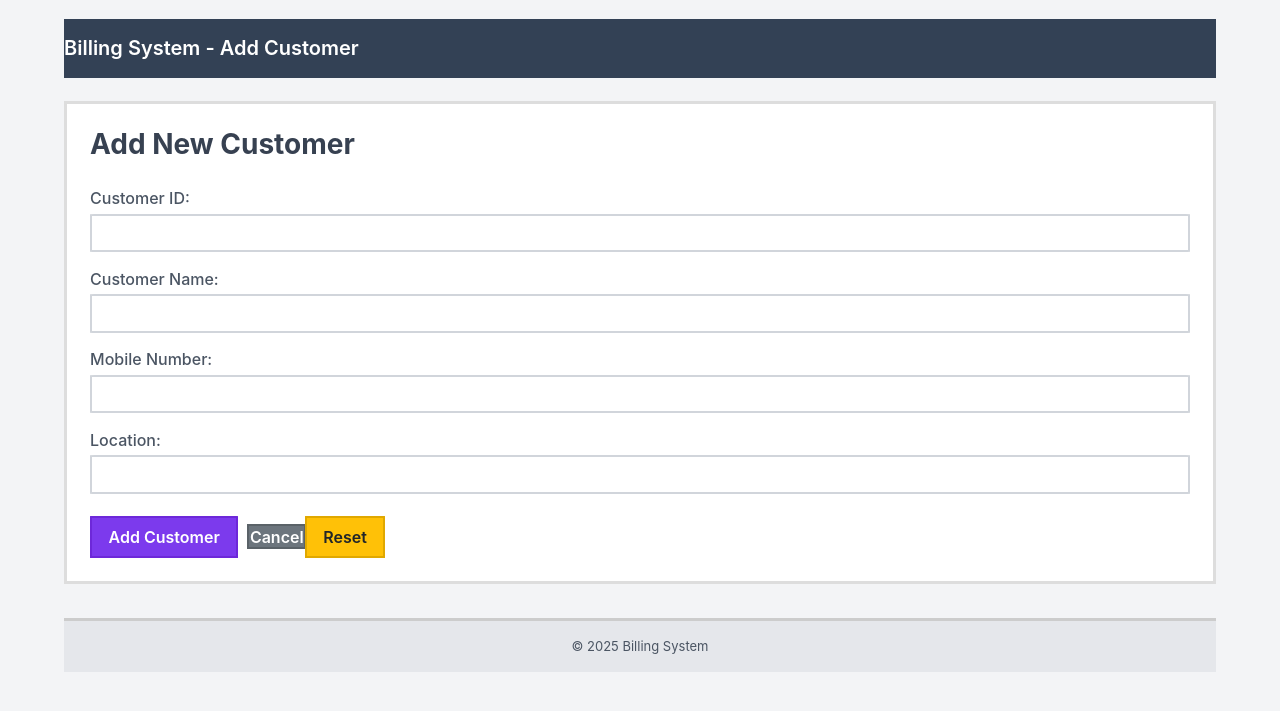
Repository: apprameyu0903/Saasant-Apprameyu
Page: http://localhost/BillingSystemWebProject/add_customer.jsp
The author's editor kept a copy of each file at every save. The page is drawn from the files as they stood at one save, then again after the next save.
The browser window is 1280 px wide. The pictures show the whole page.
The page is served by Tomcat 9. Other server files are loaded and not shown.

Above is the page before, as saved 2025-05-12 14:29:23.

### eclipse-workspace/BillingSystemWebProject/src/main/webapp/add_customer.jsp
<%@ page language="java" contentType="text/html; charset=UTF-8" pageEncoding="UTF-8"%>

<%!
    private String escapeHtml(String input) {
        if (input == null) {
            return "";
        }
        return input.replace("&", "&amp;")
                    .replace("<", "&lt;")
                    .replace(">", "&gt;")
                    .replace("\"", "&quot;")
                    .replace("'", "&#x27;");
    }
%>

<!DOCTYPE html>
<html>
<head>
    <meta charset="UTF-8">
    <title>Add New Customer</title>
    <link rel="stylesheet" href="style.css">
</head>
<body>
    <div class="container">
         <div class="page-header">
             <h1 class="header-title">Billing System - Add Customer</h1>
         </div>
         <div class="content-wrapper">
            <div class="title-section">
                 <h2 class="page-title">Add New Customer</h2>
            </div>

             <%
                 String errorMessage = (String) request.getAttribute("errorMessage");
                 if (errorMessage == null) { errorMessage = request.getParameter("error"); }

                 if (errorMessage != null && !errorMessage.isEmpty()) {
             %>
                    <p style="color: red; margin-bottom: 15px;">Error: <%= escapeHtml(errorMessage) %></p>
             <%
                 }
             %>

            <form action="CustomerServlet" method="post" class="customer-form">
                <input type="hidden" name="action" value="add"/>

                <div class="form-group">
                    <label for="customerId" class="form-label">Customer ID:</label>
                    <input type="text" id="customerId" name="customerId" class="form-input" required>
                </div>
                <div class="form-group">
                    <label for="customerName" class="form-label">Customer Name:</label>
                    <input type="text" id="customerName" name="customerName" class="form-input" required>
                </div>
                <div class="form-group">
                    <label for="mobileNumber" class="form-label">Mobile Number:</label>
                    <input type="tel" id="mobileNumber" name="mobileNumber" class="form-input" required pattern="[0-9]{10}" title="Enter a 10-digit mobile number">
                </div>
                 <div class="form-group">
                    <label for="customerLocation" class="form-label">Location:</label>
                    <input type="text" id="customerLocation" name="customerLocation" class="form-input">
                </div>

                <div class="form-actions">
                    <button type="submit" class="submit-btn">Add Customer</button>
                    <a href="CustomerServlet" class="cancel-btn-link"><button type="button" class="cancel-btn">Cancel</button></a>
                    <button type="reset" class="reset-btn">Reset</button>
                </div>
            </form>
        </div>
        <footer class="page-footer">
             &copy; 2025 Billing System
        </footer>
    </div>
</body>
</html>

### eclipse-workspace/BillingSystemWebProject/src/main/webapp/style.css
body, h1, h2, p, table, th, td, input, button, label, a, textarea, form {
    margin: 0;
    padding: 0;
    font-family: 'Inter', sans-serif;
    box-sizing: border-box;
}

body {
    background-color: #f3f4f6;
    color: #333;
    padding-bottom: 2%;
    font-size: 100%;
}

.container {
    width: 90%;
    margin-left: auto;
    margin-right: auto;
    padding: 1.5%;
}

.page-header {
    background-color: #334155;
    color: white;
    padding: 1.5% 0;
    margin-bottom: 2%;
}

.header-title {
    font-size: 125%;
    font-weight: 600;
    display: inline-block;
}

.header-icon {
    font-size: 125%;
    float: right;
    margin-top: 0.2%;
}

.content-wrapper {
    background-color: white;
    padding: 2%;
    border-width: 0.1%;
    border-style: solid;
    border-color: #ddd;
}

.title-section {
    margin-bottom: 2.5%;
    display: flex;
    justify-content: space-between;
    align-items: center;
}

.page-title {
    font-size: 175%;
    font-weight: 700;
    color: #374151;
}

.add-customer-btn,
.submit-btn,
.cancel-btn,
.reset-btn {
    font-weight: 600;
    padding: 0.8% 1.5%;
    border-width: 0.1%;
    border-style: solid;
    border-color: #6d28d9;
    cursor: pointer;
    text-decoration: none;
    border-radius: 0.4%;
    margin-right: 0.8%;
    font-size: 100%;
}
.form-actions button:last-child,
.form-actions a:last-child button {
    margin-right: 0;
}
.form-actions a:last-of-type { /* Ensure the link wrapper itself doesn't have extra margin if it's last */
    margin-right: 0;
}


.add-customer-btn,
.submit-btn {
    background-color: #7c3aed;
    color: white;
}
.add-customer-btn:hover,
.submit-btn:hover {
    background-color: #6d28d9;
}

.cancel-btn {
    background-color: #6c757d;
    border-color: #5a6268;
    color: white;
}
.cancel-btn:hover {
    background-color: #5a6268;
}

.reset-btn {
    background-color: #ffc107;
    border-color: #e0a800;
    color: #212529;
}
.reset-btn:hover {
    background-color: #e0a800;
}

.add-customer-btn-link,
.cancel-btn-link {
    text-decoration: none;
    display: inline-block;
    margin-right: 0.8%;
}


.search-section {
    margin-bottom: 2%;
}

.search-label {
    color: #4b5563;
    font-weight: 500;
    margin-right: 1%;
    display: inline-block;
    margin-bottom: 0;
    font-size: 100%;
}

.search-input {
    display: inline-block;
    width: 30%;
    padding: 0.8%;
    border-width: 0.1%;
    border-style: solid;
    border-color: #d1d5db;
    vertical-align: middle;
    font-size: 90%;
}
.search-input:focus {
    outline-width: 0.05%;
    outline-style: solid;
    outline-color: #7c3aed;
    border-color: #7c3aed;
}

.table-container {
    border-width: 0.1%;
    border-style: solid;
    border-color: #e5e7eb;
    margin-top: 2%;
    overflow-x: auto;
}

.customer-table {
    width: 100%;
    background-color: white;
    border-collapse: collapse;
}

.customer-table th, .customer-table td {
    text-align: left;
    padding: 1% 1.2%;
    border-width: 0.05%;
    border-style: solid;
    border-color: #eee;
}

.customer-table thead {
    background-color: #334155;
    color: white;
}

.customer-table th {
    text-transform: uppercase;
    font-weight: 600;
    font-size: 81.25%;
}

.customer-table tbody tr td {
    color: #374151;
    font-size: 90%;
}

.action-link {
    font-weight: 500;
    text-decoration: none;
    margin-right: 0.8%;
    font-size: 90%;
}
.edit-link { color: #3b82f6; }
.edit-link:hover { text-decoration: underline; }
.delete-link { color: #ef4444; }
.delete-link:hover { text-decoration: underline; }

.page-footer {
    background-color: #e5e7eb;
    text-align: center;
    font-size: 81.25%;
    color: #4b5563;
    padding: 1.5%;
    margin-top: 3%;
    border-top-width: 0.1%;
    border-top-style: solid;
    border-top-color: #ccc;
}

.customer-form {
    margin-top: 2%;
}

.form-group {
    margin-bottom: 1.5%;
}

.form-label {
    display: block;
    margin-bottom: 0.5%;
    font-weight: 500;
    color: #4b5563;
    font-size: 100%;
}

.form-input,
.form-textarea {
    width: 100%;
    padding: 0.8%;
    border-width: 0.1%;
    border-style: solid;
    border-color: #d1d5db;
    font-size: 90%;
    border-radius: 0.4%;
}
.form-input:focus,
.form-textarea:focus {
    outline-width: 0.05%;
    outline-style: solid;
    outline-color: #7c3aed;
    border-color: #7c3aed;
}

.form-textarea {
    min-height: 8%;
    resize: vertical;
}

.form-actions {
    margin-top: 2%;
    display: flex;
    gap: 0%; /* Let margin on buttons/links handle spacing if not all are direct children */
    align-items: center; /* Align items vertically */
}


.modal-overlay {
    display: none;
    position: fixed;
    top: 0;
    left: 0;
    width: 100%;
    height: 100%;
    background-color: rgba(0, 0, 0, 0.6);
    justify-content: center;
    align-items: center;
    z-index: 1000;
}

.modal-content {
    background-color: white;
    padding: 3% 3%;
    border-radius: 1%;
    box-shadow: 0 0.5% 1.5% rgba(0, 0, 0, 0.3);
    text-align: center;
    width: 90%;
    max-width: 45%;
    z-index: 1001;
}

.modal-title {
    font-size: 125%;
    color: #333;
    margin-bottom: 1%;
}

.modal-customer-info {
    font-size: 110%;
    color: #555;
    margin-bottom: 2.5%;
}

.modal-actions {
    display: flex;
    justify-content: center;
    gap: 1.5%;
}

.modal-button {
    padding: 1% 2.5%;
    border-width: 0.1%;
    border-style: solid;
    border-radius: 0.5%;
    font-size: 100%;
    font-weight: 500;
    cursor: pointer;
    transition: background-color 0.2s ease;
}

.modal-button.cancel {
    background-color: #7c3aed;
    color: white;
    border-color: #6d28d9;
}
.modal-button.cancel:hover {
    background-color: #6d28d9;
}

.modal-button.delete {
    background-color: #7c3aed;
    color: white;
    border-color: #6d28d9;
}
.modal-button.delete:hover {
    background-color: #6d28d9;
}

After the next save:
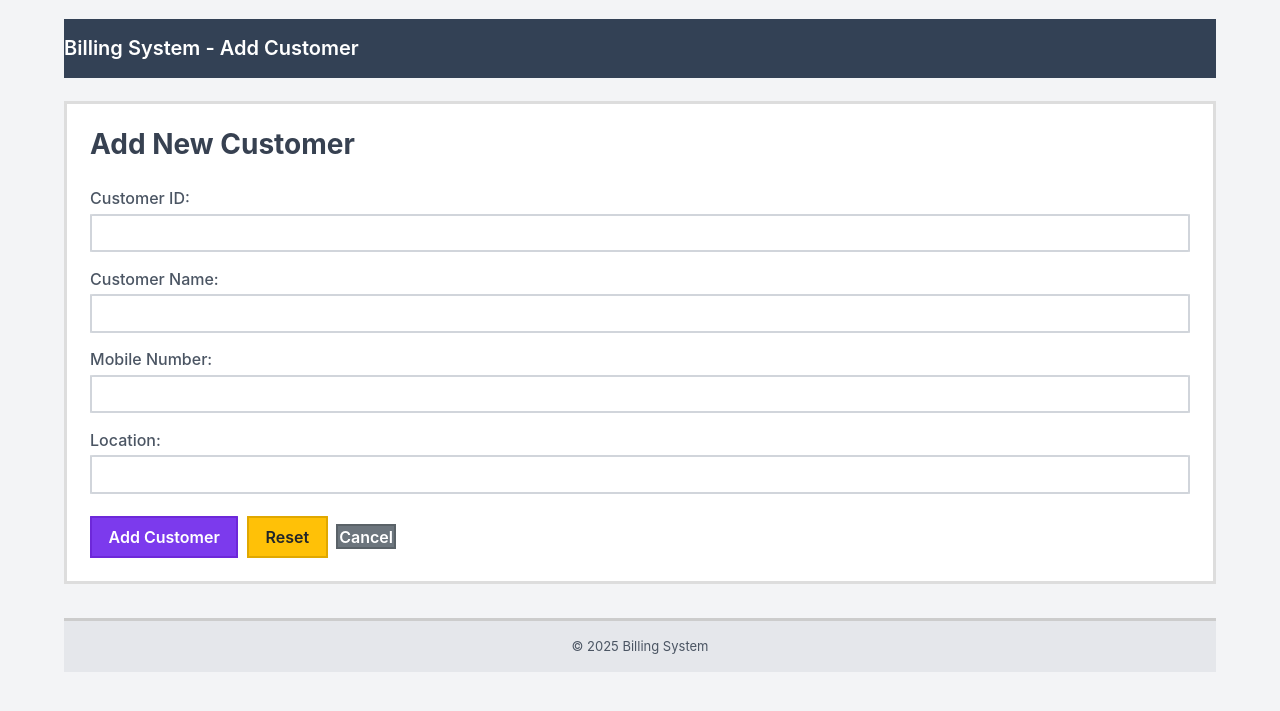
Saved 35 s later.
--- a/eclipse-workspace/BillingSystemWebProject/src/main/webapp/add_customer.jsp
+++ b/eclipse-workspace/BillingSystemWebProject/src/main/webapp/add_customer.jsp
@@ -63,8 +63,8 @@
 
                 <div class="form-actions">
                     <button type="submit" class="submit-btn">Add Customer</button>
+                    <button type="reset" class="reset-btn">Reset</button>
                     <a href="CustomerServlet" class="cancel-btn-link"><button type="button" class="cancel-btn">Cancel</button></a>
-                    <button type="reset" class="reset-btn">Reset</button>
                 </div>
             </form>
         </div>
